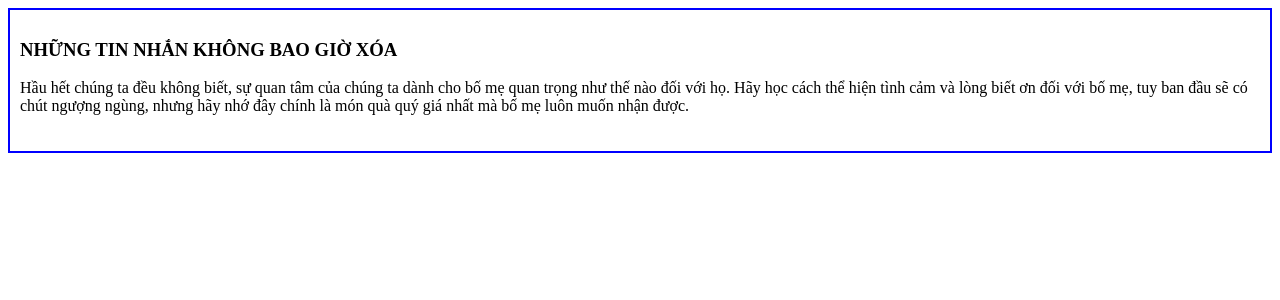
Repository: Tan-Khang21/TH_TKW--Buoi_06
Page: Bai_Tap_Mau/Bai_01/Css1.html
These files come from the project's save history. The page is drawn as it stood at one moment and after the next save; the edit follows.
The browser window is 1280 px wide. The pictures show the whole page.

Above is the page before, as saved 2024-03-11 15:54:31.

After the next save:
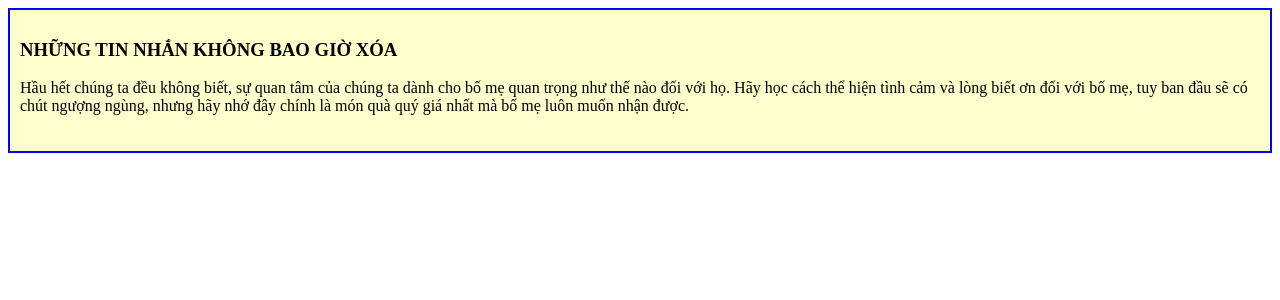
Saved 29 s later.
--- a/Bai_Tap_Mau/Bai_01/Css1.html
+++ b/Bai_Tap_Mau/Bai_01/Css1.html
@@ -7,7 +7,14 @@
   </head>
   <body>
     <div>
-      <div style="padding: 10px; padding-bottom: 20px; border: 2px solid blue">
+      <div
+        style="
+          padding: 10px;
+          padding-bottom: 20px;
+          border: 2px solid blue;
+          background-color: #fffecd;
+        "
+      >
         <h3>NHỮNG TIN NHẮN KHÔNG BAO GIỜ XÓA</h3>
         <p>
           Hầu hết chúng ta đều không biết, sự quan tâm của chúng ta dành cho bố
